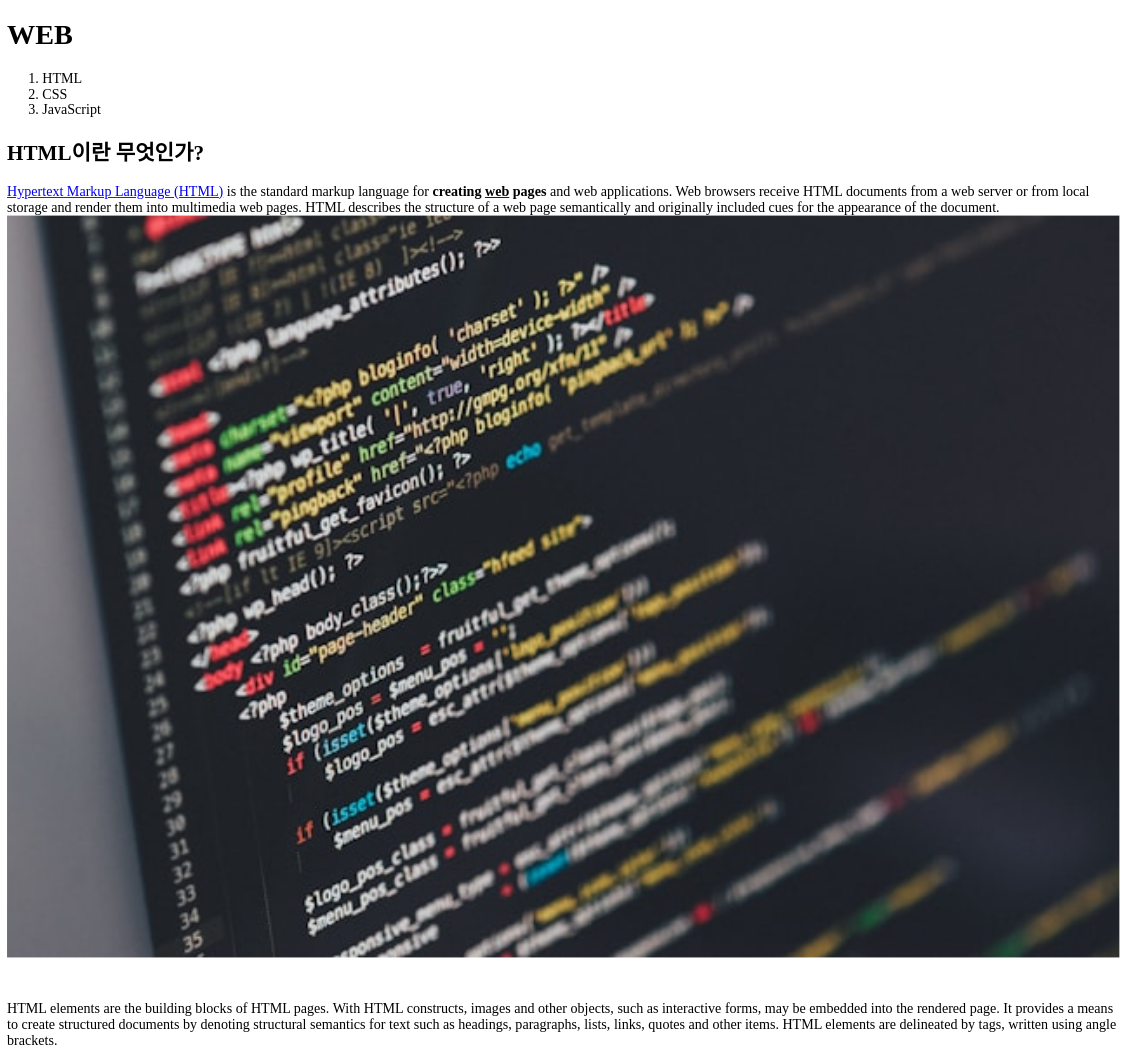
Repository: youngsik0405/Web-study
Page: Practice/WebContent/1.html
These files come from the project's save history. The page is drawn as it stood at one moment and after the next save; the edit follows.
The browser window is 1280 px wide. The pictures show the whole page, at 88% of full size.

Above is the page before, as saved 2025-01-21 10:36:41.

After the next save:
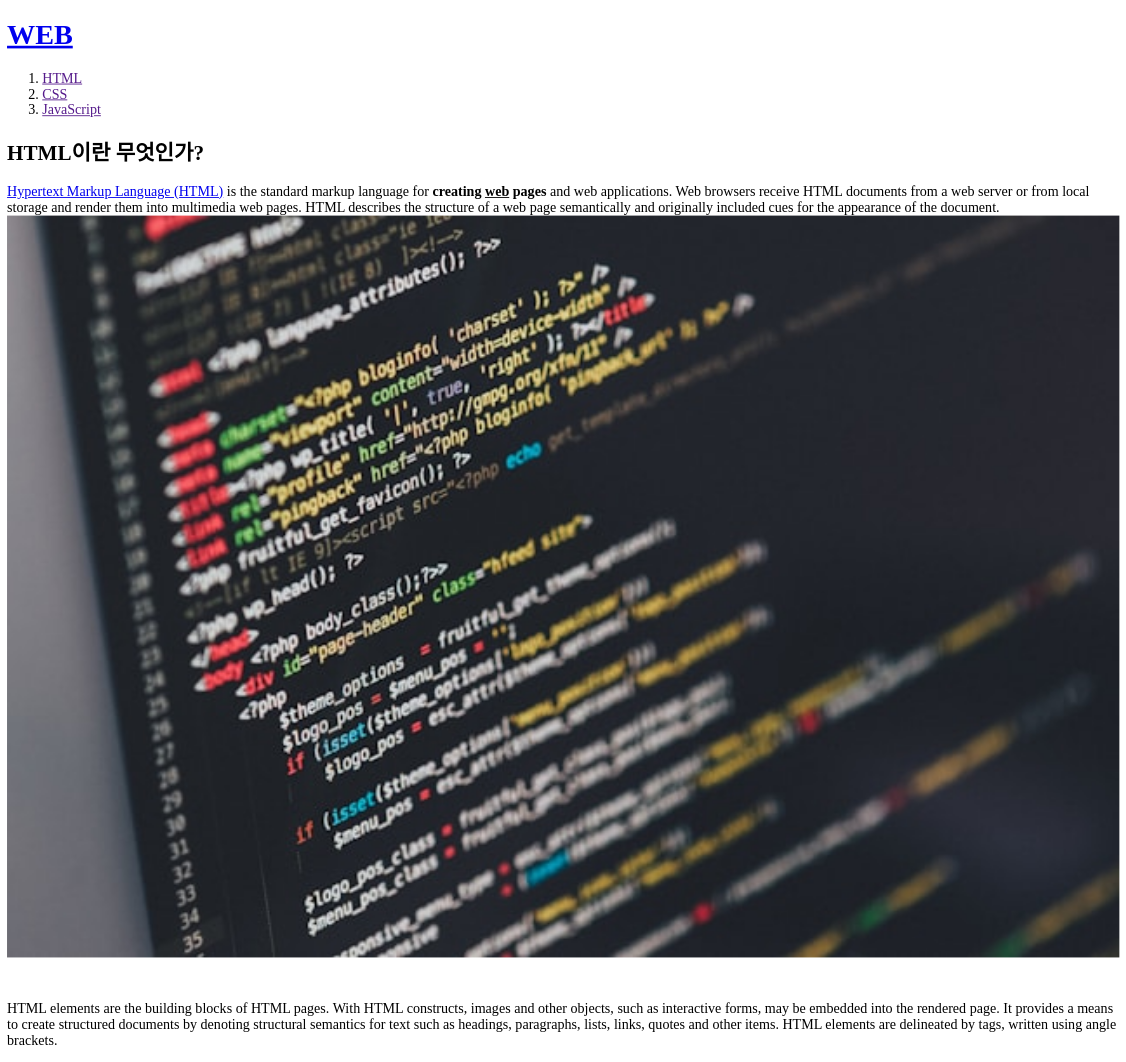
Saved 3 min 23 s later.
--- a/Practice/WebContent/1.html
+++ b/Practice/WebContent/1.html
@@ -5,11 +5,11 @@
 <title>WEB1 - html</title>
 </head>
 <body>
-	<h1>WEB</h1>
+	<h1><a href="index.html">WEB</a></h1>
 	<ol>
-		<li>HTML</li>
-		<li>CSS</li>
-		<li>JavaScript</li>
+		<li><a href="">HTML</a></a></li>
+		<li><a href="">CSS</a></li>
+		<li><a href="">JavaScript</a></li>
 	</ol>
 	<h2>HTML이란 무엇인가?</h2>
 	<p><a href="https://www.w3.org/TR/2011/WD-html5-20110405/"
